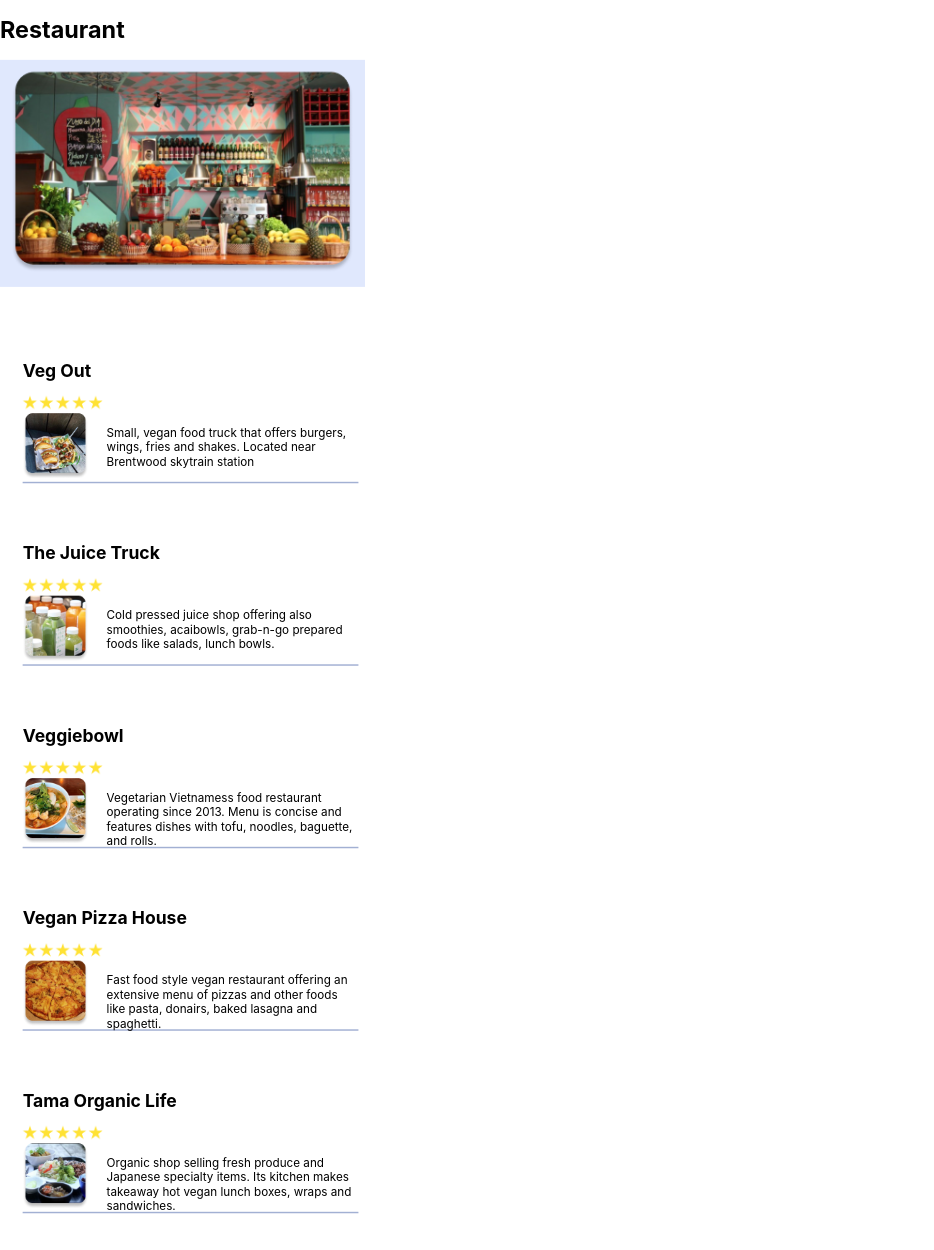
Repository: Kinakopan/design_mindfulEating_site
Page: /restaurant (app in firstapp/)
These files come from the project's save history. The page is drawn as it stood at one moment and after the next save; the edit follows.
The browser window is 1280 px wide. The pictures show the whole page, at 73% of full size.
The project was rebuilt for these pictures with package versions that can differ from the ones it lists, and the page was loaded fresh each time. The framework's server and built-in components were replaced by stand-ins that run in the browser. Also part of the build but not shown: firstapp/next.config.js.

Above is the page before, as saved 2022-04-21 14:53:20.

After the next save:
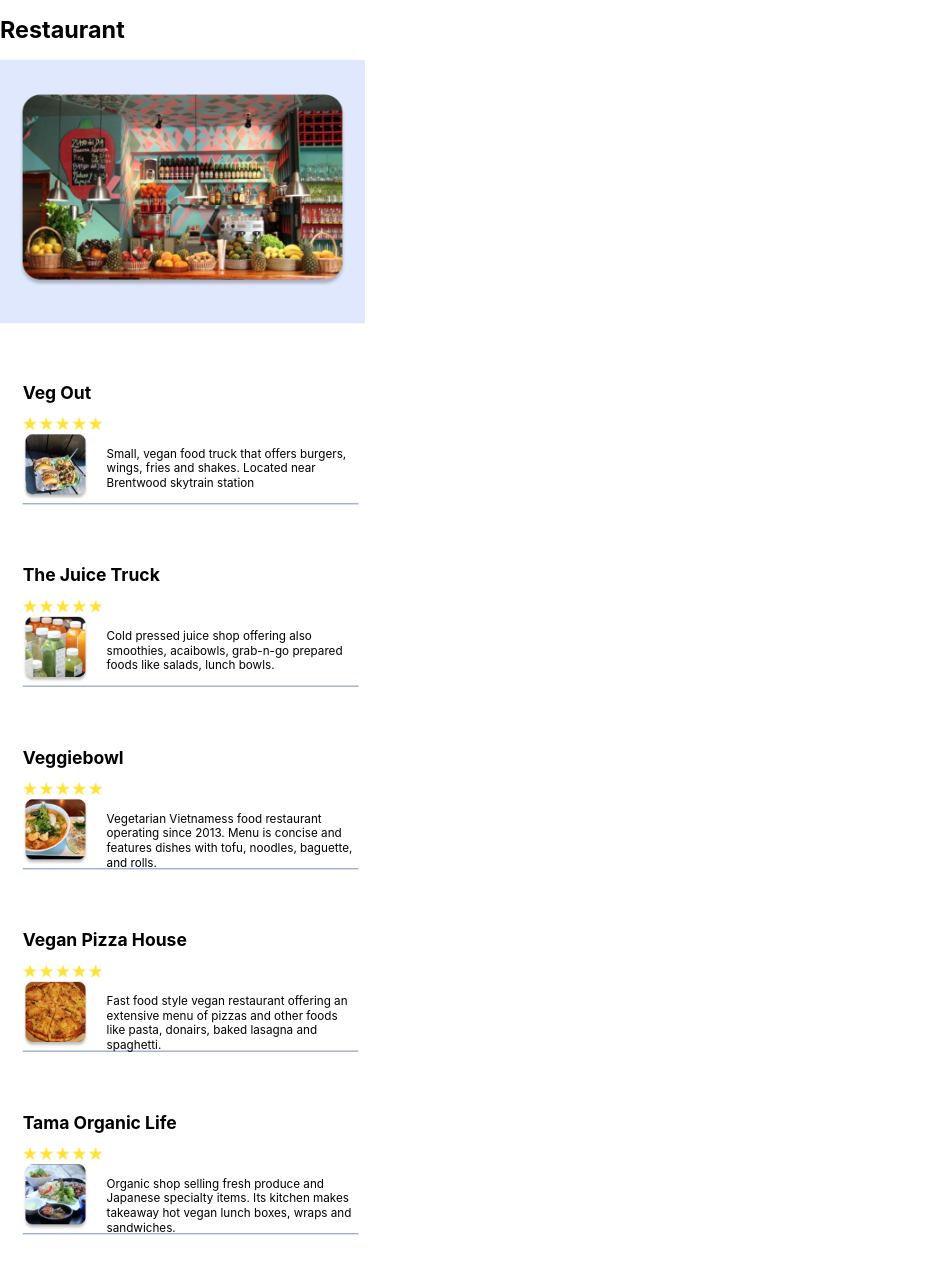
Saved 5 s later.
--- a/firstapp/pages/restaurant.js
+++ b/firstapp/pages/restaurant.js
@@ -12,7 +12,7 @@ export default function Restaurant(){
         <ImgCard
         img="/restaurant.png"
         bg="#E0E8FD"
-        cpa="0px"
+        cpa="10px"
         />
 
 
